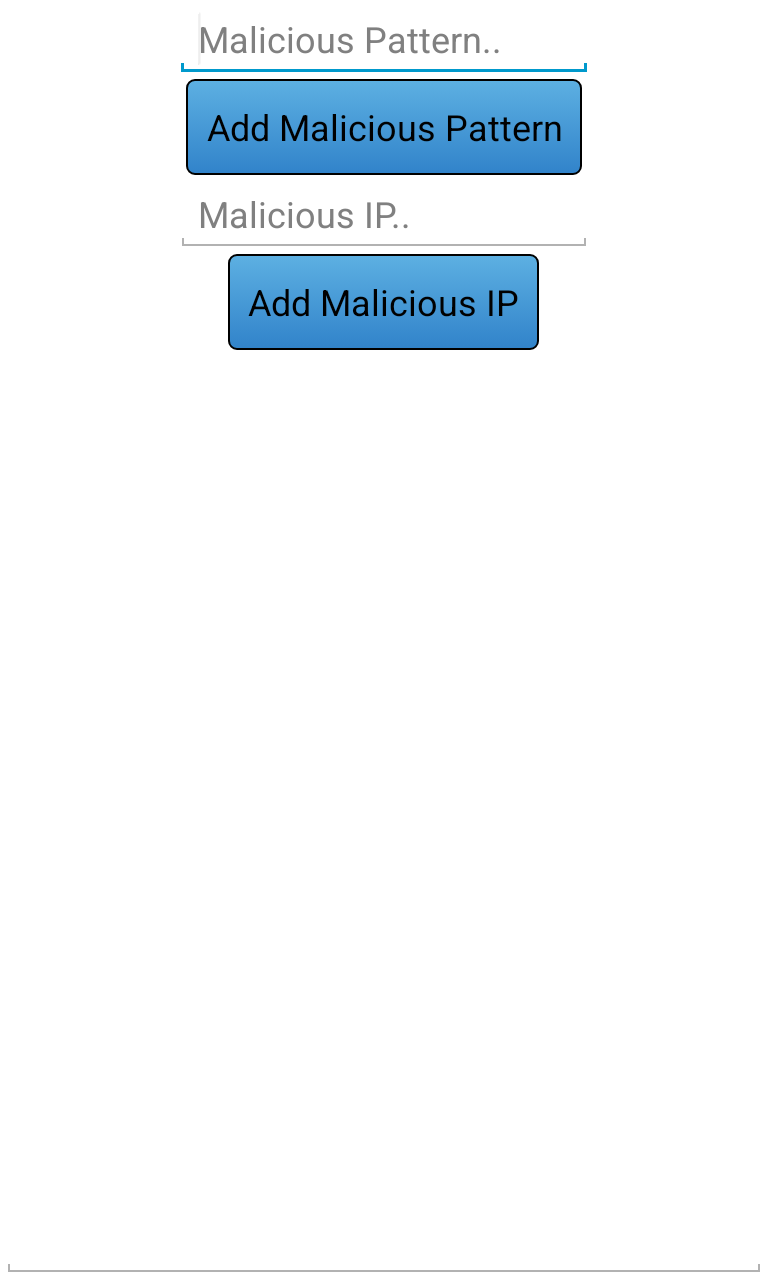
Repository: ArisKots1992/Software-Development
Layout: Anaptiksi Logismikou/Anaptiksi Logismikou/AdminClientApplication/res/layout/forth_tab.xml
An editor plug-in stored every save of this project. The layout is shown before and after the next save, followed by the edit.
It is drawn on a 768 x 1280 px phone screen (xhdpi) without system bars, with theme AppTheme; the app's code is not run.

Above is the layout before, as saved 2015-01-20 00:13:02.

### Anaptiksi Logismikou/Anaptiksi Logismikou/AdminClientApplication/res/layout/forth_tab.xml
<?xml version="1.0" encoding="utf-8"?>
<LinearLayout xmlns:android="http://schemas.android.com/apk/res/android"
    android:layout_width="match_parent"
    android:layout_height="match_parent"
    android:orientation="vertical"
    android:gravity = "center_horizontal">

    <EditText
        android:id="@+id/editTextpatterns"
        android:layout_width="wrap_content"
        android:layout_height="wrap_content"
        android:hint="Malicious Pattern.."
        android:ems="10" >

        <requestFocus />
    </EditText>

    <Button
        android:id="@+id/buttonpatterns"
        android:layout_width="wrap_content"
        android:layout_height="wrap_content"
        android:text="Add Malicious Pattern"
         android:background="@drawable/custom_button" />

    <EditText
        android:id="@+id/editTextip"
        android:layout_width="wrap_content"
        android:layout_height="wrap_content"
        android:hint="Malicious IP.."
        android:ems="10" />

    <Button
        android:id="@+id/buttonip"
        android:layout_width="wrap_content"
        android:layout_height="wrap_content"
        android:text="Add Malicious IP"
         android:background="@drawable/custom_button" />

    <EditText
        android:id="@+id/edittextView"
        android:layout_width="match_parent"
        android:layout_height="match_parent"
        android:inputType="textMultiLine" />

</LinearLayout>

### Anaptiksi Logismikou/Anaptiksi Logismikou/AdminClientApplication/res/values/styles.xml
<resources>

    <!--
        Base application theme, dependent on API level. This theme is replaced
        by AppBaseTheme from res/values-vXX/styles.xml on newer devices.
    -->
    <style name="AppBaseTheme" parent="android:Theme.Light">
        <!--
            Theme customizations available in newer API levels can go in
            res/values-vXX/styles.xml, while customizations related to
            backward-compatibility can go here.
        -->
    </style>

    <!-- Application theme. -->
    <style name="AppTheme" parent="AppBaseTheme">
        <!-- All customizations that are NOT specific to a particular API-level can go here. -->
    </style>

    <style name="CustomStyleButton" parent="@android:style/Widget.Button">
		<item name="android:textSize">16sp</item>
 		<item name="android:textStyle">bold</item>
 		<item name="android:textColor">#dedfdc</item>
 		<item name="android:gravity">center</item>
 		<item name="android:shadowColor">#000000</item>
 		<item name="android:shadowDx">1</item>
 		<item name="android:shadowDy">1</item>
 		<item name="android:shadowRadius">0.6</item>
 		<item  name="android:background">@drawable/custom_button</item>
 		<item name="android:padding">10dip</item>
	</style>
</resources>

### Anaptiksi Logismikou/Anaptiksi Logismikou/AdminClientApplication/res/drawable/custom_button.xml
<?xml version="1.0" encoding="utf-8"?>
<selector xmlns:android="http://schemas.android.com/apk/res/android">
 <item android:state_pressed="true" >
  <shape>
  <solid
   android:color="#2678BF" />
  <stroke
   android:width="1dp"
   android:color="#000000" />
  <corners
   android:radius="4dp" />
  <padding
   android:left="10dp"
   android:top="10dp"
   android:right="10dp"
   android:bottom="10dp" />
  </shape>
 </item>
  <item>
  <shape>
  <gradient
   android:startColor="#5DB0E2"
   android:endColor="#3183CA"
   android:angle="270" />
  <stroke
   android:width="1dp"
   android:color="#000000" />
  <corners
   android:radius="4dp" />
  <padding
   android:left="10dp"
   android:top="10dp"
   android:right="10dp"
   android:bottom="10dp" />
 </shape>
 </item>
</selector>

Loaded but not shown: Anaptiksi Logismikou/Anaptiksi Logismikou/AdminClientApplication/res/values-v11/styles.xml (common file); Anaptiksi Logismikou/Anaptiksi Logismikou/AdminClientApplication/res/values-v14/styles.xml (common file)

After the next save:
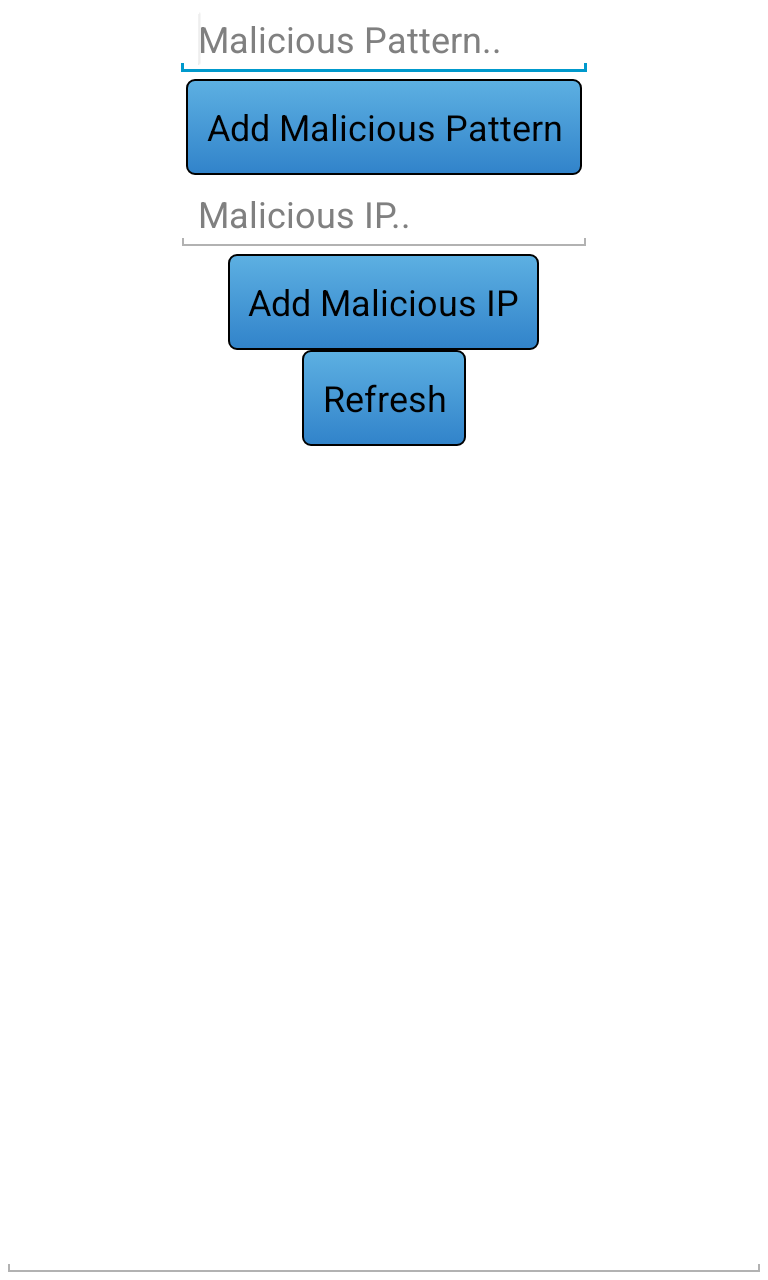
Saved 91 s later.
--- a/Anaptiksi Logismikou/Anaptiksi Logismikou/AdminClientApplication/res/layout/forth_tab.xml
+++ b/Anaptiksi Logismikou/Anaptiksi Logismikou/AdminClientApplication/res/layout/forth_tab.xml
@@ -36,6 +36,13 @@
         android:text="Add Malicious IP"
          android:background="@drawable/custom_button" />
 
+    <Button
+        android:id="@+id/button1"
+        android:layout_width="wrap_content"
+        android:layout_height="wrap_content"
+        android:text="Refresh"
+        android:background="@drawable/custom_button" />
+
     <EditText
         android:id="@+id/edittextView"
         android:layout_width="match_parent"
